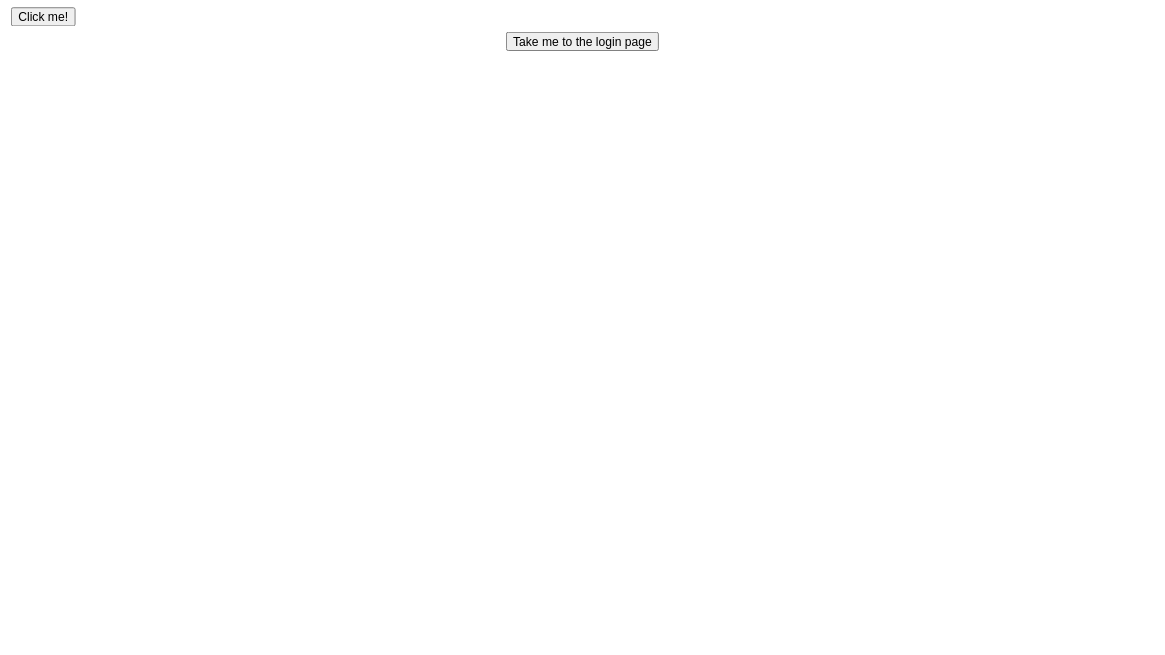
Repository: Alejandra-Pelayo/Alejandra-Pelayo.github.io
Page: 2.1.4/Global_Impact.html
The author's editor kept a record of every edit. The page is drawn from the files as they stood at one moment, then again after the next edit.
The browser window is 1280 px wide. The pictures show the whole page, at 91% of full size.

Above is the page before.

### 2.1.4/Global_Impact.html
<!DOCTYPE html>
   <html>
     <head>
       <meta charset="utf-8">
       <title>I Scream For Ice Cream!</title>
     </head>
     <style>
   td {color: #FF0000;}
  </style>
     <body>

      </table>
    </body>
  </html>
  <img  />
  <link href="global_warming.css" rel="stylesheet" type="text/css">

<tr><td></td><td></td></tr>
<button type="button" onclick="Enviromental.html('You pressed the button!')">Click me!</button>
<a href="Enviromental.html">
  <button>Take me to the login page</button>
</a>

<div class="container">

### 2.1.4/global_warming.css

#button {
    width: 6em;
    border: 2px solid green;
    background: #ffe;
    border-radius: 5px;
}
a {
    display: block;
    width: 100%;
    line-height: 2em;
    text-align: center;
    text-decoration: none;
    border-radius: 5px;
}
a:hover {
    color: red;
    background: #eff;
}
</style>

After the next edit:
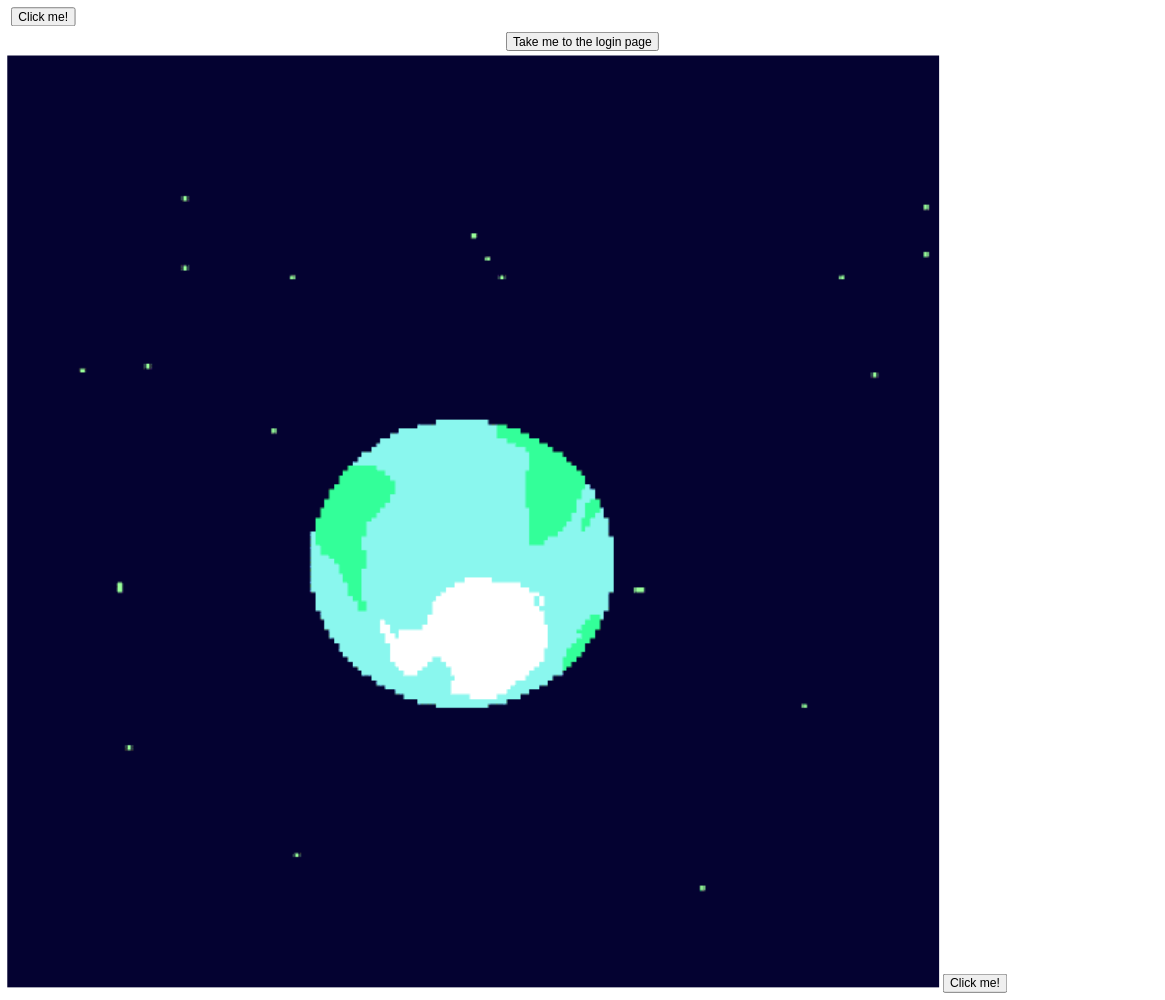
The edit:
--- a/2.1.4/Global_Impact.html
+++ b/2.1.4/Global_Impact.html
@@ -22,3 +22,6 @@
 </a>
 
 <div class="container">
+    <img src="world_gif.gif" alt="Computer Man" style="width:1024px;height 768px;">
+    <button type="button" onclick="Enviromental.html('You pressed the button!')">Click me!</button>
+</div>
